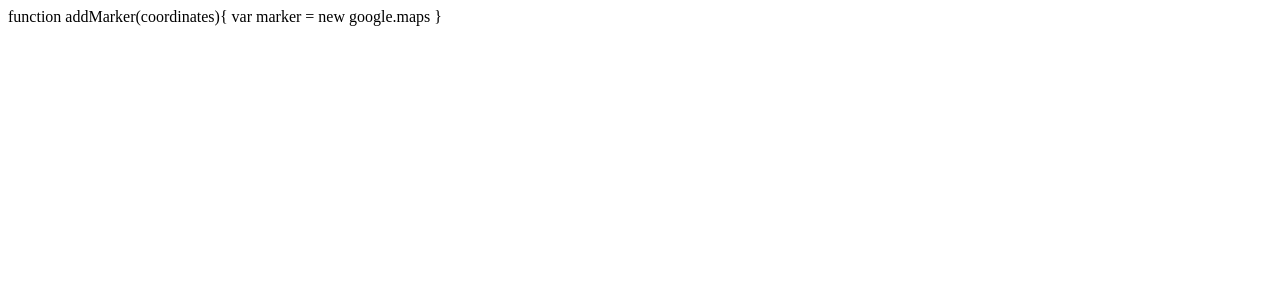
Repository: MaydayBR/creating-an-Event
Page: home.html
The author's editor kept a copy of each file at every save. The page is drawn from the files as they stood at one save, then again after the next save.
The browser window is 1280 px wide. The pictures show the whole page.

Above is the page before, as saved 2024-10-01 23:34:13.

After the next save:
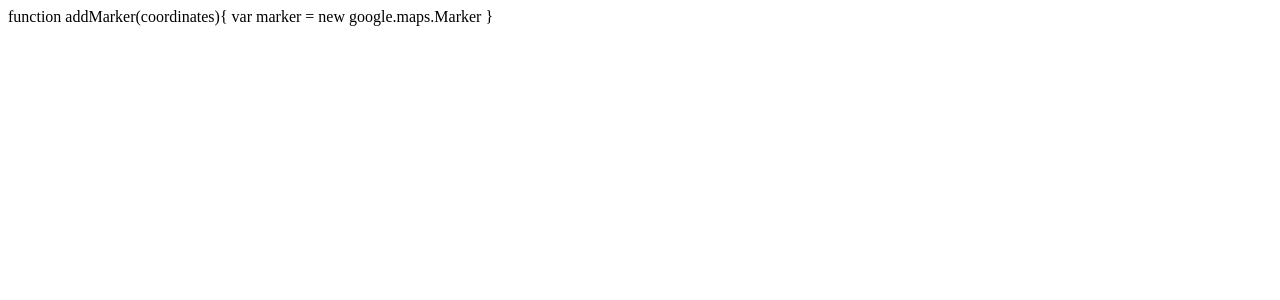
Saved 5 s later.
--- a/home.html
+++ b/home.html
@@ -5,5 +5,5 @@
 
 
 function addMarker(coordinates){
-    var marker = new google.maps
+    var marker = new google.maps.Marker
 }
